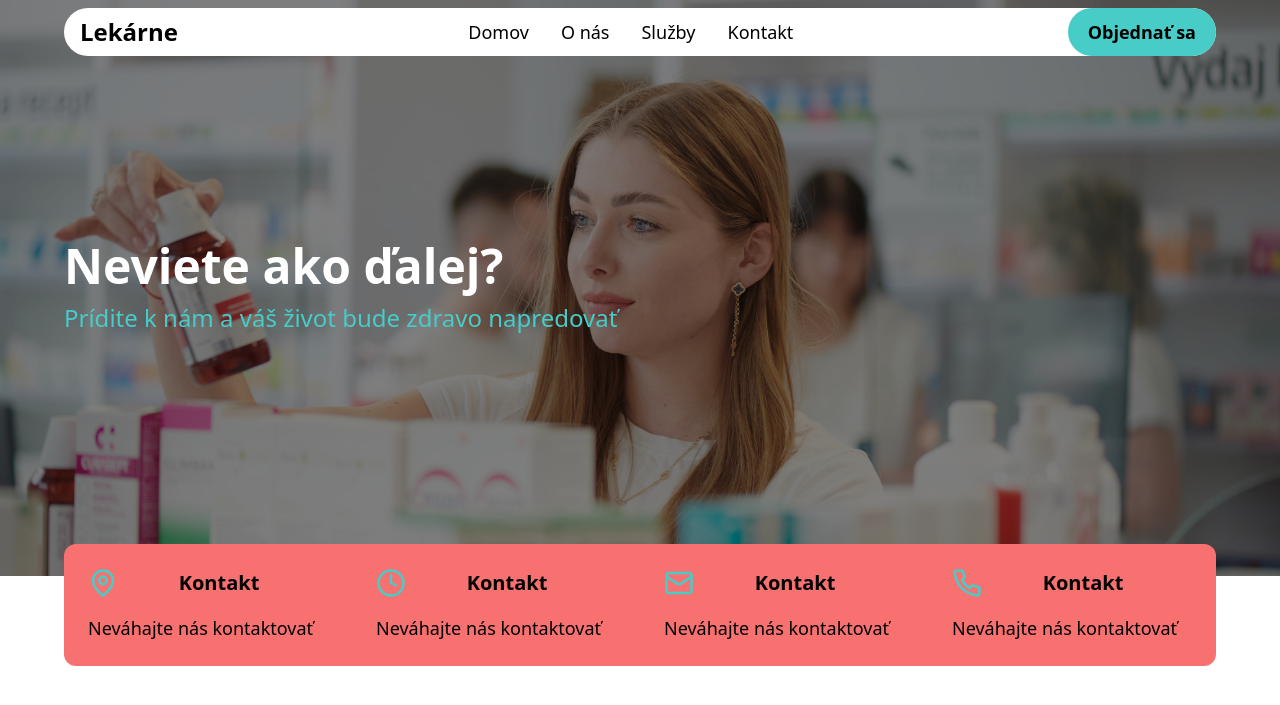
Repository: SimonSkoda13/Lekaren
Page: /
These files come from the project's save history. The page is drawn as it stood at one moment and after the next save; the edit follows.
The browser window is 1280 px wide. The pictures show the whole page.
The project was rebuilt for these pictures with package versions that can differ from the ones it lists, and the page was loaded fresh each time. The framework's server and built-in components were replaced by stand-ins that run in the browser. Also part of the build but not shown: next.config.js.

Above is the page before, as saved 2023-04-22 17:59:51.

### src/app/layout.tsx
import { Header } from "./components/Header/Header";
import "./globals.css";
import { Poppins } from "next/font/google";

export const metadata = {
  title: "Create Next App",
  description: "Generated by create next app",
};

export default function RootLayout({
  children,
}: {
  children: React.ReactNode;
}) {
  return (
    <html lang="en">
      <body className="bg-white min-h-[100vh]">
        <Header />
        <main>{children}</main>
        <footer></footer>
      </body>
    </html>
  );
}

### src/app/page.tsx
import Image from "next/image";
import { Inter } from "next/font/google";
import { HomeHero } from "./components/HomeHero/HomeHero";
import { Contact } from "./components/Contact/Contact";
import { Phone, MapPin, Clock4, Mail } from "lucide-react";

const inter = Inter({ subsets: ["latin"] });

// page with

export default function Home() {
  return (
    <>
      <HomeHero
        title={"Neviete ako ďalej?"}
        image={"/homeBanner.jpg"}
        description={"Prídite k nám a váš život bude zdravo napredovať"}
      />
      <Contact
        items={[
          {
            title: "Kontakt",
            description: "Neváhajte nás kontaktovať",
            icon: <MapPin size={30} className="stroke-primary" />,
          },
          {
            title: "Kontakt",
            description: "Neváhajte nás kontaktovať",
            icon: <Clock4 size={30} className="stroke-primary" />,
          },
          {
            title: "Kontakt",
            description: "Neváhajte nás kontaktovať",
            icon: <Mail size={30} className="stroke-primary" />,
          },
          {
            title: "Kontakt",
            description: "Neváhajte nás kontaktovať",
            icon: <Phone size={30} className="stroke-primary" />,
          },
        ]}
      />
    </>
  );
}

### src/app/components/Header/Header.tsx
import Link from "next/link";
import React from "react";

export interface HeaderProps {}

export const Header = (props: HeaderProps) => {
  const {} = props;
  return (
    <header className="cntn fixed w-full top-2 z-10">
      <div className="flex bg-white rounded-full">
        <h1 className="py-2 px-4 text-2xl font-bold">Lekárne</h1>
        <div className="py-2 px-4 flex gap-8 items-center mx-auto text-lg font-medium">
          <Link href="/">Domov</Link>
          <Link href="/onas">O nás</Link>
          <Link href="/sluzby">Služby</Link>
          <Link href="/kontakt">Kontakt</Link>
        </div>
        {/* button order self */}
        <div className="flex justify-center items-center px-5 p-0 bg-primary rounded-full text-lg font-bold">
          <Link href="/order">Objednať sa</Link>
        </div>
      </div>
    </header>
  );
};

### src/app/globals.css
@tailwind base;
@tailwind components;
@tailwind utilities;

@layer components {
  .cntn {
    @apply mx-auto px-4  max-w-screen-xl md:px-16;
  }
}

### src/app/components/HomeHero/HomeHero.tsx
import Image from "next/image";
import React from "react";
import { ImageGradient } from "./ImageGradient/ImageGradient";

export interface HomeHeroProps {
  title: string;
  image: string;
  description: string;
}

export const HomeHero = (props: HomeHeroProps) => {
  const { title, image, description } = props;
  return (
    <section className="relative h-[80vh] z-0 px-0">
      <div className="w-full h-full absolute left-0 top-0 ">
        {/* make filter for image to odd brightness from top biggest to bottom lowest */}
        <ImageGradient>
          <Image
            src={image}
            alt="Next.js logo"
            fill
            style={{
              objectFit: "cover",
              objectPosition: "center",
            }}
          />
        </ImageGradient>
      </div>
      <div className="cntn relative gap-3 h-full flex justify-center flex-wrap flex-col z-10">
        <h1 className="text-5xl font-bold text-white">{title}</h1>
        <p className="text-2xl text-primary">{description}</p>
      </div>
    </section>
  );
};

### src/app/components/Contact/Contact.tsx
import { Phone } from "lucide-react";
import Image from "next/image";
import React, { ReactNode } from "react";

export interface ContactProps {
  items?: {
    title: string;
    description: string;
    icon: ReactNode;
  }[];
}

export const Contact = (props: ContactProps) => {
  const { items } = props;
  return (
    <section className="cntn z-10 relative top-[-2rem]">
      <div className="w-full grid grid-cols-2 md:grid-cols-4 items-start bg-red-400 rounded-xl">
        {items?.map((item) => (
          <div className="flex flex-col items-start gap-4 p-6">
            {/* <Image
            src={item.icon}
            alt={"contactIcon" + item.title}
            width={100}
            height={100}
          /> */}
            <div className="flex w-full flex-row gap-2 items-center">
              {item.icon}
              <h2 className="text-xl font-bold mx-auto pr-4">{item.title}</h2>
            </div>
            <p className="text-lg font-medium">{item.description}</p>
          </div>
        ))}
      </div>
    </section>
  );
};

### src/app/components/HomeHero/ImageGradient/ImageGradient.tsx
import React from "react";

export interface ImageGradientProps {
  children: React.ReactNode;
}

export const ImageGradient = (props: ImageGradientProps) => {
  const { children } = props;
  return (
    <div className="relative w-full h-full brightness-50 overflow-hidden z-10">
      <div className="absolute inset-0 z-10"></div>
      {children}
    </div>
  );
};

### tailwind.config.js
/** @type {import('tailwindcss').Config} */
module.exports = {
  content: [
    "./src/pages/**/*.{js,ts,jsx,tsx,mdx}",
    "./src/components/**/*.{js,ts,jsx,tsx,mdx}",
    "./src/app/**/*.{js,ts,jsx,tsx,mdx}",
  ],
  theme: {
    extend: {
      colors: {
        primary: "#47CCC8",
        secondary: "#2D3663",
      },
    },
  },
  plugins: [],
};

Loaded but not shown: src/app/api/hello/route.ts (common file)

After the next save:
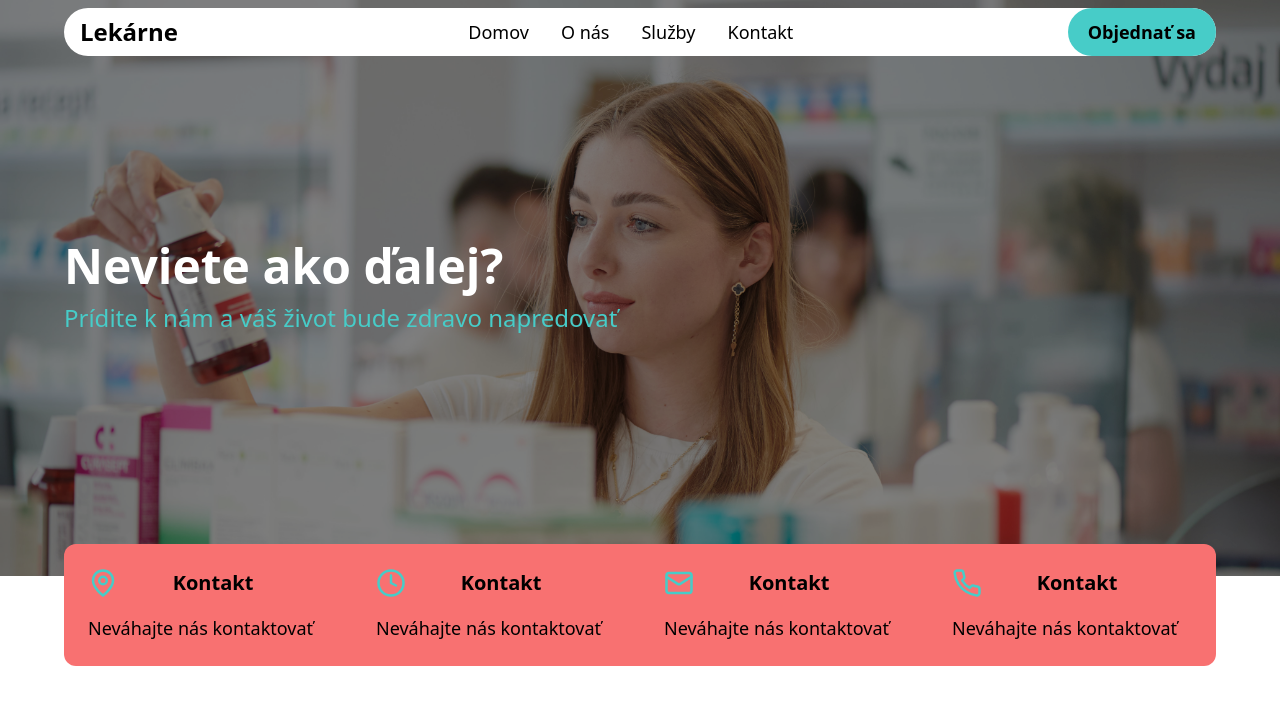
Saved 13 s later.
--- a/src/app/components/Contact/Contact.tsx
+++ b/src/app/components/Contact/Contact.tsx
@@ -25,7 +25,7 @@ export const Contact = (props: ContactProps) => {
           /> */}
             <div className="flex w-full flex-row gap-2 items-center">
               {item.icon}
-              <h2 className="text-xl font-bold mx-auto pr-4">{item.title}</h2>
+              <h2 className="text-xl font-bold mx-auto pr-7">{item.title}</h2>
             </div>
             <p className="text-lg font-medium">{item.description}</p>
           </div>
